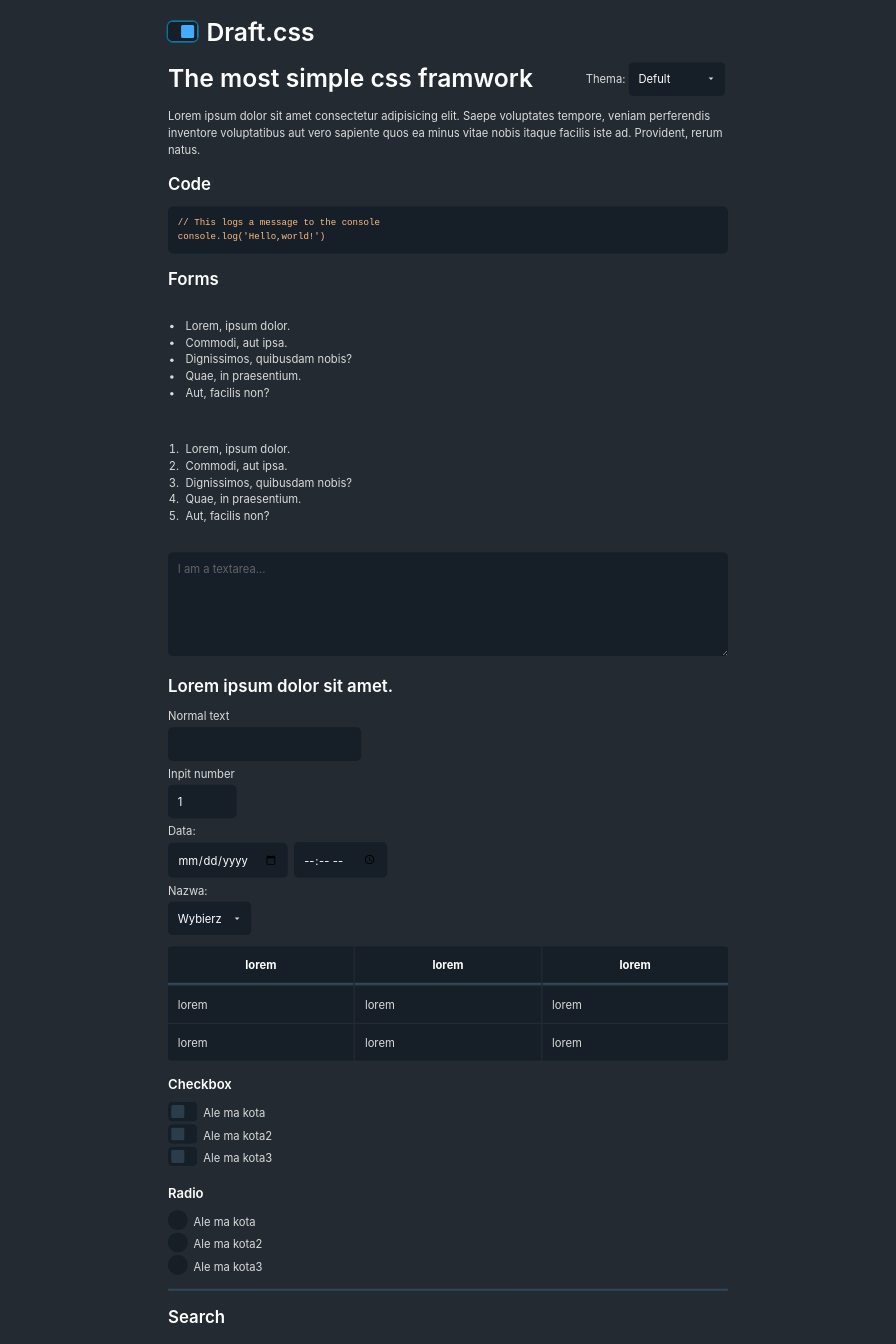
Repository: KozakBartosz/Draft
Page: index.html
These files come from the project's save history. The page is drawn as it stood at one moment and after the next save; the edit follows.
The browser window is 1280 px wide. The pictures show the part of the page from y = 0 to 1920 px (the page is 3385 px tall before and 3289 px after), at 70% of full size.

Above is the page before, as saved 2019-04-12 08:04:32.

### index.html
<!DOCTYPE html>
<html lang="en">
	<head>
		<meta charset="UTF-8" />
		<meta name="viewport" content="width=device-width, initial-scale=1.0" />
		<meta http-equiv="X-UA-Compatible" content="ie=edge" />
		<title>Draft.css</title>
		<link rel="stylesheet" href="draft.css" />
	</head>
	<body>
		<h1><input type="checkbox" checked="checked" /> Draft.css</h1>
		<div style="float: right">
			Thema:
			<select name="" id="changethema">
				<option value="0">Defult</option>
				<option value="1">Defult mini</option>
				<option value="2">Light</option>
				<option value="3">Blood</option>
				<option value="4">Matrix</option>
			</select>
		</div>
		<h1>The most simple css framwork</h1>

		<p>
			Lorem ipsum dolor sit amet consectetur adipisicing elit. Saepe
			voluptates tempore, veniam perferendis inventore voluptatibus aut
			vero sapiente quos ea minus vitae nobis itaque facilis iste ad.
			Provident, rerum natus.
		</p>

		<h2>Code</h2>
		<pre><code>// This logs a message to the console<br />console.log('Hello,world!')</code></pre>
		<h2>Forms</h2>

		<ul>
			<li>Lorem, ipsum dolor.</li>
			<li>Commodi, aut ipsa.</li>
			<li>Dignissimos, quibusdam nobis?</li>
			<li>Quae, in praesentium.</li>
			<li>Aut, facilis non?</li>
		</ul>
		<ol>
			<li>Lorem, ipsum dolor.</li>
			<li>Commodi, aut ipsa.</li>
			<li>Dignissimos, quibusdam nobis?</li>
			<li>Quae, in praesentium.</li>
			<li>Aut, facilis non?</li>
		</ol>
		<textarea
			name="about"
			id="about"
			placeholder="I am a textarea..."
			rows="6"
		></textarea>
		<h2>Lorem ipsum dolor sit amet.</h2>
		<label>
			Normal text
			<input type="text" />
		</label>
		<label>
			Inpit number <input type="number" / value="1">
		</label>
		Data:
		<div>
			<input type="date" />
			<input type="time" />
		</div>
		<label>
			Nazwa:
			<select name="" id="">
				<option value="">Wybierz</option>
				<option value="">jeden</option>
				<option value="">dwa</option>
				<option value="">trzy</option>
			</select>
		</label>

		<table>
			<tr>
				<th>lorem</th>
				<th>lorem</th>
				<th>lorem</th>
			</tr>
			<tr>
				<td>lorem</td>
				<td>lorem</td>
				<td>lorem</td>
			</tr>
			<tr>
				<td>lorem</td>
				<td>lorem</td>
				<td>lorem</td>
			</tr>
		</table>

		<h3>Checkbox</h3>
		<label> <input type="checkbox" /> Ale ma kota </label>

		<label> <input type="checkbox" /> Ale ma kota2 </label>

		<label> <input type="checkbox" /> Ale ma kota3 </label>

		<h3>Radio</h3>
		<label> <input type="radio" name="radio" /> Ale ma kota </label>
		<label> <input type="radio" name="radio" /> Ale ma kota2 </label>
		<label> <input type="radio" name="radio" /> Ale ma kota3 </label>

		<hr />

		<h2>Search</h2>

		<fieldset class="search">
			<legend>Szukaj</legend>
			<form action="produkty,szukaj" method="get">
				<input
					type="text"
					name="q"
					placeholder="Wpisz czego szukasz..."
				/>
				<button>Szukaj</button>
			</form>
		</fieldset>

		<h2>Change button color by html</h2>

		<h2>Code</h2>
		<pre><code>&lt;button&gt;Exit&lt;/button&gt;<br>&lt;button style="--button: #7e1616; --buttonhover: #b40d0d;"&gt;
	Ok<br>&lt;/button&gt;</code></pre>

		<h3>result</h3>
		<button>Exit</button>
		<button style="--button: #7e1616; --buttonhover: #b40d0d;">
			Ok
		</button>

		<h2>Details</h2>

		<details>
			<summary>Szczypta detali</summary>
			<p>Informacje szczegółowe na dany temat.</p>
		</details>

		<details open>
			<summary>Jeszcze wiecej szczegółów</summary>
			<p>Tu jest jeszcze wiecej informacji szczegółowych</p>
		</details>

		<h2>Real Form</h2>

		<form>
			<label for="email">Email</label>
			<input
				type="email"
				name="email"
				id="email"
				placeholder="john.doe@gmail.com"
			/>

			<label for="id">User id (read only)</label>
			<input readonly="" name="id" id="id" value="04D6H89Z" />

			<label for="disabled">Random disabled input</label>
			<input
				disabled=""
				name="disabled"
				id="disabled"
				placeholder="Because why not?"
			/>

			<label for="about">About me</label>

			<input type="checkbox" name="remember" id="remember" checked="" />
			<label for="remember">Remember me</label>

			<input type="submit" />
		</form>

		<p>
			<strong>Lorem ipsum</strong> dolor sit,
			<a href="">amet consectetur adipisicing</a> elit.
			<i>Hic nobis</i> atque eligendi voluptatum doloribus rem praesentium
			veniam quo delectus explicabo, architecto ipsam ipsa unde vitae
			excepturi iusto nesciunt placeat ducimus.
		</p>
		<p>
			Lorem ipsum dolor sit amet consectetur adipisicing elit. Enim saepe
			quisquam delectus accusantium nam recusandae obcaecati ullam, non
			neque <a href="">commodi modi tempore </a>magni magnam. Tenetur
			officiis mollitia facere libero sint.
		</p>
		<h4>Lorem ipsum dolor sit amet.</h4>
		<p>
			Lorem ipsum dolor, sit amet consectetur adipisicing elit. Possimus,
			vero quibusdam. Rerum libero nihil aspernatur, ipsam vel voluptatem
			inventore quasi. Odit, sapiente? Delectus beatae laudantium sapiente
			cupiditate et libero? Corrupti.
		</p>

		<button>Send</button>
		<script>
			var themes = [
				[
					{ brand: "#41adff" },
					{ mainbg: "#232a31" },
					{ mainpaddng: "14px" },
					{ radius: "7px" },

					{ low: "#161f27" },
					{ like: "#2b3c4b" },
					{ midi: "#324759" },
					{ hight: "#0b7392" },

					{ text: "#dbdbdb" },
					{ textContrast: "#fff" },

					{ code: "#ffbe85" },

					{ button: "#2b3c4a" },
					{ buttonhover: "#334a5e" },
					{ buttontext: "#fff" },

					{ fillhover: "#1b2731" }
				],
				[
					{ brand: "#41adff" },
					{ mainbg: "#232a31" },
					{ mainpaddng: "12px" },
					{ radius: "12px" },

					{ low: "#161f27" },
					{ like: "#2b3c4b" },
					{ midi: "#324759" },
					{ hight: "#0b7392" },

					{ text: "#dbdbdb" },
					{ textContrast: "#fff" },

					{ code: "#ffbe85" },

					{ button: "#2b3c4a" },
					{ buttonhover: "#334a5e" },
					{ buttontext: "#fff" },

					{ fillhover: "#1b2731" }
				],
				[
					{ brand: "#41adff" },
					{ mainbg: "#ffffff" },
					{ mainpaddng: "14px" },
					{ radius: "7px" },

					{ low: "#e8f1fa" },
					{ like: "#cfe2f7" },
					{ midi: "#b2cee7" },
					{ hight: "#1db5e4" },

					{ text: "#3f4646" },
					{ textContrast: "#1a1f1f" },

					{ code: "#20595f" },

					{ button: "#3dcca1" },
					{ buttonhover: "#34e0ad" },
					{ buttontext: "#fff" },

					{ fillhover: "#e8f5ff" }
				],
				[
					{ mainpaddng: "18px" },
					{ radius: "3px" },
					{ brand: "#c21a1a" },
					{ mainbg: "#312323" },

					{ code: "#ffbe85" },

					{ text: "#dbdbdb" },
					{ textContrast: "#fff" },

					{ button: "#4a2b2b" },
					{ buttonhover: "#5e3333" },
					{ buttontext: "#fff" },

					{ fillhover: "#311b1b" },

					{ low: "#271616" },
					{ like: "#4b2b2b" },
					{ midi: "#593232" },
					{ hight: "#800f0f" }
				],
				[
					{ mainpaddng: "11px" },
					{ radius: "13px" },
					{ brand: "#1ac260" },
					{ mainbg: "#233126" },

					{ code: "#c0ff85" },

					{ text: "#dbdbdb" },
					{ textContrast: "#fff" },

					{ button: "#324a2b" },
					{ buttonhover: "#385e33" },
					{ buttontext: "#fff" },

					{ fillhover: "#1b3122" },

					{ low: "#162717" },
					{ like: "#2b4b2e" },
					{ midi: "#32593f" },
					{ hight: "#0f803a" }
				]
			];

			let changethema = document.getElementById("changethema");
			let root = document.documentElement;
			changethema.addEventListener("change", e => {
				console.log(e);
				var theme = themes[e.target.value];
				theme.forEach(element => {
					var k = Object.keys(element)[0];
					root.style.setProperty("--" + k, element[k]);
				});
			});
		</script>
	</body>
</html>

### draft.css
/* TO DO */
/* <details> */
:root {
	--brand: #41adff;
	--mainbg: #232a31;
	--mainpaddng: 14px;
	--radius: 7px;

	--low: #161f27;
	--like: #2b3c4b;
	--midi: #324759;
	--hight: #0b7392;

	--text: #dbdbdb;
	--textContrast: #fff;

	--code: #ffbe85;

	--button: #2b3c4a;
	--buttonhover: #334a5e;
	--buttontext: #fff;

	--fillhover: #1b2731;
}
/*
:root {
	--brand: #41adff;
	--mainbg: #ffffff;
	--mainpaddng: 14px;
	--radius: 7px;

	--low: #e8f1fa;
	--like: #cfe2f7;
	--midi: #b2cee7;
	--hight: #1db5e4;

	--text: #3f4646;
	--textContrast: #1a1f1f;

	--code: #20595f;

	--button: #3dcca1;
	--buttonhover: #34e0ad;
	--buttontext: #fff;

	--fillhover: #e8f5ff;
} */

/* :root {
	--mainpaddng: 18px;
	--radius: 3px;
	--brand: #c21a1a;
	--mainbg: #312323;

	--code: #ffbe85;

	--text: #dbdbdb;
	--textContrast: #fff;

	--button: #4a2b2b;
	--buttonhover: #5e3333;
	--buttontext: #fff;

	--fillhover: #311b1b;

	--low: #271616;
	--like: #4b2b2b;
	--midi: #593232;
	--hight: #800f0f;
} */

/* :root {
	--mainpaddng: 11px;
	--radius: 13px;
	--brand: #1ac260;
	--mainbg: #233126;

	--code: #c0ff85;

	--text: #dbdbdb;
	--textContrast: #fff;

	--button: #324a2b;
	--buttonhover: #385e33;
	--buttontext: #fff;

	--fillhover: #1b3122;

	--low: #162717;
	--like: #2b4b2e;
	--midi: #32593f;
	--hight: #0f803a;
} */
body {
	font-family: -apple-system, BlinkMacSystemFont, "Segoe UI", "Roboto",
		"Oxygen", "Ubuntu", "Cantarell", "Fira Sans", "Droid Sans",
		"Helvetica Neue", sans-serif;
	line-height: 1.5;
	max-width: 800px;
	margin: 20px auto;
	padding: 0 var(--mainpaddng);
	color: var(--text);
	background: var(--mainbg);
	text-rendering: optimizeLegibility;
}

label {
	display: block;
}

button,
input,
textarea {
	vertical-align: middle;
	transition: background-color 0.2s ease, box-shadow 0.2s ease,
		transform 0.2s ease;
}
h1 {
	font-size: 2.2em;
	margin-top: 0;
}
h1,
h2,
h3,
h4,
h5,
h6 {
	margin-bottom: 12px;
}
h1,
h2,
h3,
h4,
h5,
h6,
strong {
	color: var(--textContrast);
	font-weight: 600;
}
button,
input[type="submit"],
input[type="button"],
input[type="checkbox"],
input[type="radio"] {
	cursor: pointer;
	display: inline-block;
}

input,
select,
button,
textarea {
	/* display: block; */
	color: var(--textContrast);
	background-color: var(--low);
	font-family: inherit;
	font-size: inherit;
	margin: 4px 4px 6px 0;
	padding: var(--mainpaddng);
	border: none;
	border-radius: var(--radius);
	outline: none;
	-webkit-appearance: none;
}
input[type="number"] {
	max-width: calc(var(--mainpaddng) * 5);
}

button:hover,
input:hover,
select:hover,
textarea:hover,
textarea:hover {
	background-color: var(--fillhover);
}

label > input,
label > select {
	display: block;
}

textarea {
	margin-right: 0;
	width: 100%;
	box-sizing: border-box;
	resize: vertical;
}
button,
input[type="submit"],
input[type="button"] {
	color: var(--buttontext);
	background-color: var(--button);
	padding: var(--mainpaddng) calc(var(--mainpaddng) * 2);
}

select {
	padding-right: calc(var(--mainpaddng) * 3);
	background: var(--low)
		url("data:[embedded picture, 198 characters]")
		100% 50%/27px 7px no-repeat;
}

input:focus,
select:focus,
button:focus,
textarea:focus {
	background-color: var(--fillhover);
	box-shadow: 0 0 0 2px var(--hight);
}

button:focus,
input[type="submit"]:focus,
input[type="button"]:focus {
	background-color: var(--buttonhover);
}

button:hover,
input[type="submit"]:hover,
input[type="button"]:hover {
	background-color: var(--buttonhover);
	box-shadow: 0 5px 20px -5px rgba(0, 0, 0, 0.35), 0 3px 0 0 var(--button);
	transform: translateY(-3px);
}
button:active {
	transform: translateY(0px);
	box-shadow: 0 5px 20px -5px rgba(0, 0, 0, 0.35);
}

input:disabled {
	cursor: not-allowed;
	opacity: 0.5;
}

input[type="radio"],
input[type="checkbox"] {
	margin-top: -2px;
	transition: background-color 0.25s ease,
		box-shadow 0.25s cubic-bezier(0.53, 1.59, 0.51, 1);
}
input[type="checkbox"] {
	background-color: var(--like);
	width: calc(var(--mainpaddng) * 3);
	box-shadow: calc(var(--mainpaddng) * -1) 0 0 calc(var(--mainpaddng) / 3)
			var(--low) inset,
		0 0 0 calc(var(--mainpaddng) / 3) var(--low) inset;
}
input[type="checkbox"]:hover,
input[type="radio"]:hover {
	background-color: var(--midi);
}
input[type="checkbox"]:focus {
	box-shadow: calc(var(--mainpaddng) * -1) 0 0 calc(var(--mainpaddng) / 3)
			var(--low) inset,
		0 0 0 calc(var(--mainpaddng) / 3) var(--low) inset,
		0 0 0 2px var(--hight);
}

input[type="radio"] {
	border-radius: 100%;
	box-shadow: 0 0 0 calc(var(--mainpaddng) / 2) var(--low) inset;
}
input[type="checkbox"]:checked,
input[type="radio"]:checked {
	box-shadow: 0 0 0 calc(var(--mainpaddng) / 3) var(--low) inset,
		0 0 0 2px var(--hight), 0 0 0 1px var(--low);
	background-color: var(--brand);
}

input[type="checkbox"]:checked {
	box-shadow: var(--mainpaddng) 0 0 calc(var(--mainpaddng) / 3) var(--low)
			inset,
		0 0 0 calc(var(--mainpaddng) / 3) var(--low) inset,
		0 0 0 2px var(--hight);
}

::placeholder {
	color: #636363;
}
a {
	text-decoration: none;
	color: var(--hight);
}
a:hover {
	text-decoration: underline;
	color: var(--brand);
}
ul,
ol {
	padding: 20px;
}

ul > li,
ol > li {
	color: var(--text);
	padding-left: 5px;
}

code,
kbd {
	background: var(--low);
	color: var(--code);
	padding: var(--mainpaddng);
	border-radius: var(--radius);
}
/* pre {
	margin: 0 calc(var(--mainpaddng) * -1);
} */
pre > code {
	display: block;
	overflow-x: auto;
}
img {
	max-width: 100%;
}
hr {
	margin: var(--mainpaddng) 0;
	border: none;
	height: 3px;
	border-radius: calc(var(--radius) / 6);
	background: var(--midi);
}
fieldset {
	border: 3px solid var(--midi);
	border-radius: var(--radius);
}
fieldset > legend {
	font-weight: 600;
	color: var(--textContrast);
	padding: calc(var(--mainpaddng) / 2) calc(var(--mainpaddng));
}

table {
	/* border-collapse: collapse; */
	margin: var(--mainpaddng) -2px;
	border-radius: calc(var(--radius) + 4px);
	width: calc(100% + 4px);
	overflow: hidden;
	border-spacing: 2px;
}
td,
th {
	padding: var(--mainpaddng);
	background: var(--low);
}
th {
	border-bottom: 3px solid var(--midi);
	color: var(--textContrast);
}
tr:hover td,
tr:hover th {
	background-color: var(--fillhover);
}

After the next save:
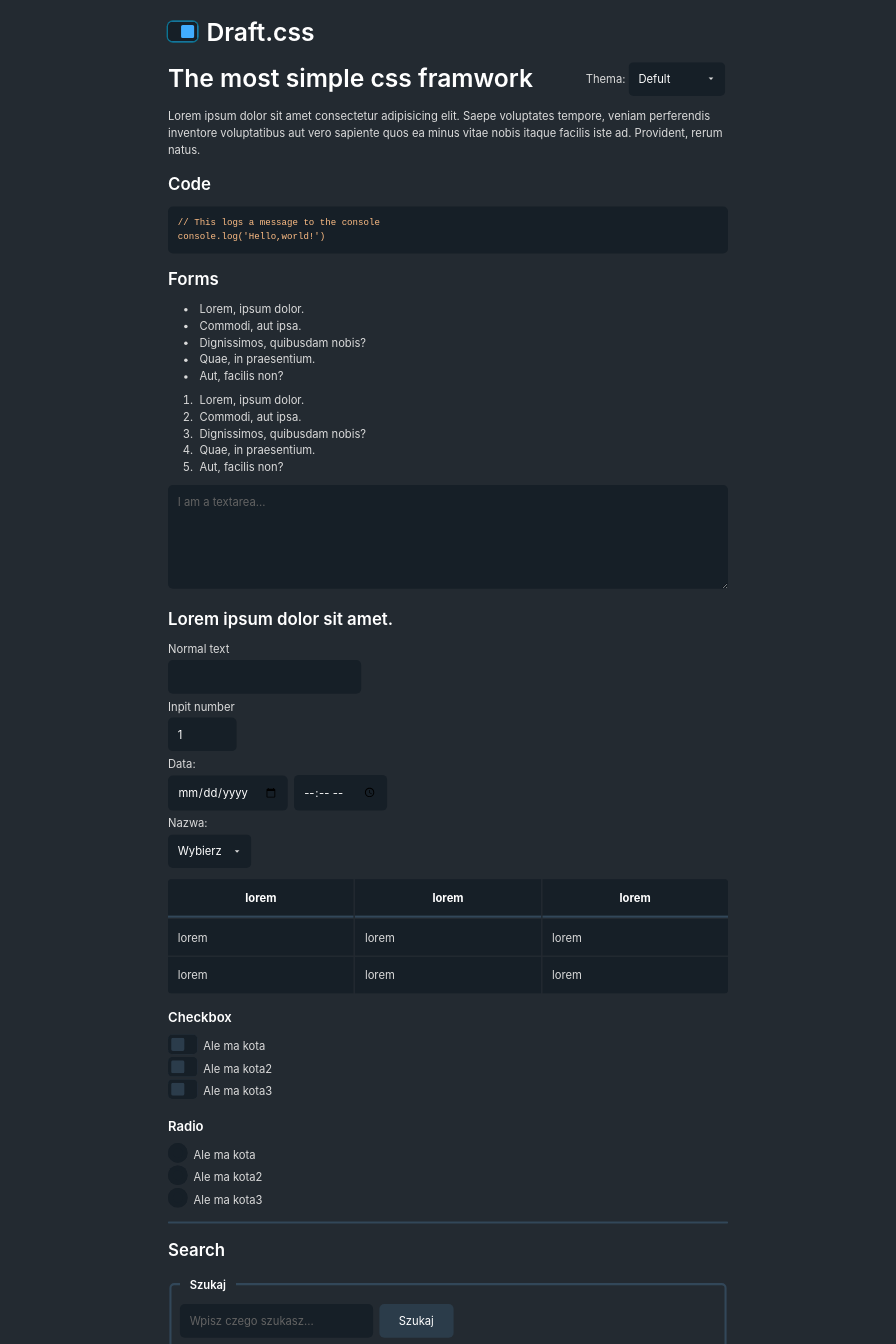
Saved 119 s later.
--- a/draft.css
+++ b/draft.css
@@ -286,7 +286,7 @@ a:hover {
 }
 ul,
 ol {
-	padding: 20px;
+	margin: 10px 0;
 }
 
 ul > li,
